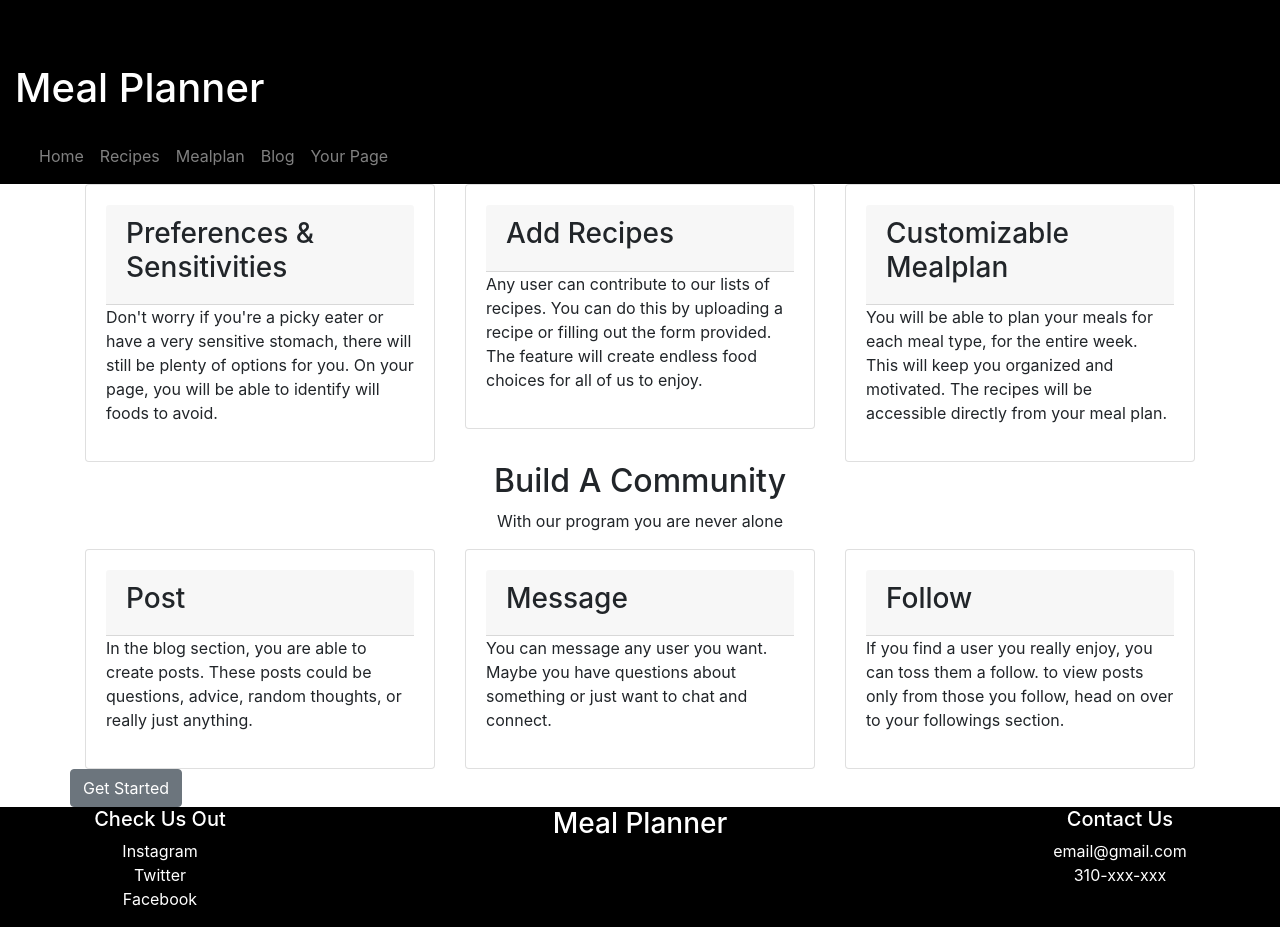
Repository: madisonisfan/mealplanner-react
Page: /
The author's editor kept a copy of each file at every save. The page is drawn from the files as they stood at one save, then again after the next save.
The browser window is 1280 px wide. The pictures show the whole page.
The project was rebuilt for these pictures with package versions that can differ from the ones it lists, and the page was loaded fresh each time.

Above is the page before, as saved 2021-04-21 13:51:28.

### src/App.js
import React, { Component } from "react";
import "./App.css";
import Main from "./components/MainComponent";
import { BrowserRouter } from "react-router-dom";

class App extends Component {
  render() {
    return (
      <BrowserRouter>
        <div className="App">
          <Main />
        </div>
      </BrowserRouter>
    );
  }
}

export default App;

### src/App.css
.jumbotron {
  height: 100px;
  margin: 0px !important;
  background-color: black !important;
  color: white;
}

.navbar {
  background-color: black;
}

.site-footer {
  background-color: black;
  color: white;
}

### src/components/MainComponent.js
import React, { Component } from "react";
import Home from "./HomeComponent";
import MainHeader from "./HeaderComponent";
import Footer from "./FooterComponent";
import { Switch, Route, Redirect } from "react-router-dom";

class Main extends Component {
  constructor(props) {
    super(props);
    this.state = {};
  }

  render() {
    return (
      <React.Fragment>
        <MainHeader />
        <Switch>
          <Route path="/home" component={Home} />
          <Redirect to="/home" />
        </Switch>
        <Footer />
      </React.Fragment>
    );
  }
}
export default Main;

### src/components/HomeComponent.js
import React from "react";
import {
  Card,
  CardHeader,
  CardImg,
  CardText,
  CardBody,
  CardTitle,
  Button,
} from "reactstrap";

function Home(props) {
  return (
    <div className="container">
      <div className="row">
        <div className="col">
          <Card>
            <CardBody>
              <CardHeader>
                <h3>Preferences & Sensitivities</h3>
              </CardHeader>
              <p>
                Don't worry if you're a picky eater or have a very sensitive
                stomach, there will still be plenty of options for you. On your
                page, you will be able to identify will foods to avoid.
              </p>
            </CardBody>
          </Card>
        </div>
        <div className="col">
          <Card>
            <CardBody>
              <CardHeader>
                <h3>Add Recipes</h3>
              </CardHeader>
              <p>
                Any user can contribute to our lists of recipes. You can do this
                by uploading a recipe or filling out the form provided. The
                feature will create endless food choices for all of us to enjoy.
              </p>
            </CardBody>
          </Card>
        </div>
        <div className="col">
          <Card>
            <CardBody>
              <CardHeader>
                <h3>Customizable Mealplan</h3>
              </CardHeader>
              <p>
                You will be able to plan your meals for each meal type, for the
                entire week. This will keep you organized and motivated. The
                recipes will be accessible directly from your meal plan.
              </p>
            </CardBody>
          </Card>
        </div>
      </div>
      {/*row*/}

      <div className="row">
        <div className="col-12 text-center">
          <h2>Build A Community</h2>
          <p>With our program you are never alone</p>
        </div>
      </div>

      <div className="row">
        <div className="col">
          <Card>
            <CardBody>
              <CardHeader>
                <h3>Post</h3>
              </CardHeader>
              <p>
                In the blog section, you are able to create posts. These posts
                could be questions, advice, random thoughts, or really just
                anything.
              </p>
            </CardBody>
          </Card>
        </div>
        <div className="col">
          <Card>
            <CardBody>
              <CardHeader>
                <h3>Message</h3>
              </CardHeader>
              <p>
                You can message any user you want. Maybe you have questions
                about something or just want to chat and connect.
              </p>
            </CardBody>
          </Card>
        </div>
        <div className="col">
          <Card>
            <CardBody>
              <CardHeader>
                <h3>Follow</h3>
              </CardHeader>
              <p>
                If you find a user you really enjoy, you can toss them a follow.
                to view posts only from those you follow, head on over to your
                followings section.
              </p>
            </CardBody>
          </Card>
        </div>
      </div>

      <div className="row">
        <Button>Get Started</Button>
      </div>
    </div>
  );
}

export default Home;

### src/components/HeaderComponent.js
import React, { Component } from "react";
import {
  Jumbotron,
  Navbar,
  NavbarBrand,
  NavItem,
  NavLink,
  NavbarToggler,
  Collapse,
  Nav,
} from "reactstrap";

function MainHeader(props) {
  return (
    <React.Fragment>
      <Jumbotron fluid>
        <div className="container-fluid">
          <div className="row  align-items-center">
            <div className="col">
              <h1>Meal Planner</h1>
            </div>
          </div>
        </div>
      </Jumbotron>
      <MainNav />
    </React.Fragment>
  );
}

class MainNav extends Component {
  constructor(props) {
    super(props);
    this.state = {
      isNavOpen: true,
    };
  }
  toggleNav() {
    this.setState({ isNavOpen: !this.state.isNavOpen });
  }

  render() {
    return (
      <Navbar dark sticky="top" expand="md">
        <div className="container-fluid">
          <NavbarToggler isClick={this.toggleNav}></NavbarToggler>
          <Collapse isOpen={this.state.isNavOpen} navbar>
            <Nav navbar>
              <NavItem>
                <NavLink className="nav-link" to="/home">
                  Home
                </NavLink>
              </NavItem>
              <NavItem>
                <NavLink className="nav-link" to="/recipes">
                  Recipes
                </NavLink>
              </NavItem>
              <NavItem>
                <NavLink className="nav-link" to="/mealplan">
                  Mealplan
                </NavLink>
              </NavItem>
              <NavItem>
                <NavLink className="nav-link" to="/blog">
                  Blog
                </NavLink>
              </NavItem>
              <NavItem>
                <NavLink className="nav-link" to="/yourpage">
                  Your Page
                </NavLink>
              </NavItem>
            </Nav>
          </Collapse>
        </div>
      </Navbar>
    );
  }
}

export default MainHeader;

### src/components/FooterComponent.js
import React from "react";

function Footer(props) {
  return (
    <footer className="site-footer">
      <div className="container-fluid">
        <div className="row">
          <div className="col col-sm-3 text-center">
            <h5>Check Us Out</h5>
            <ul class="list-unstyled">
              <li>Instagram</li>
              <li>Twitter</li>
              <li>Facebook</li>
            </ul>
          </div>

          <div class="col-6 text-center d-none d-sm-block">
            <h3>Meal Planner</h3>
          </div>

          <div class="col col-sm-3 text-center">
            <h5>Contact Us</h5>
            <ul class="list-unstyled">
              <li>
                <a>email@gmail.com</a>
              </li>
              <li>
                <a>310-xxx-xxx</a>
              </li>
            </ul>
          </div>
        </div>
      </div>
      {/*Container */}
    </footer>
  );
}

export default Footer;

Loaded but not shown: public/index.html (common file); src/index.js (common file); src/index.css (common file); src/reportWebVitals.js (common file)

After the next save:
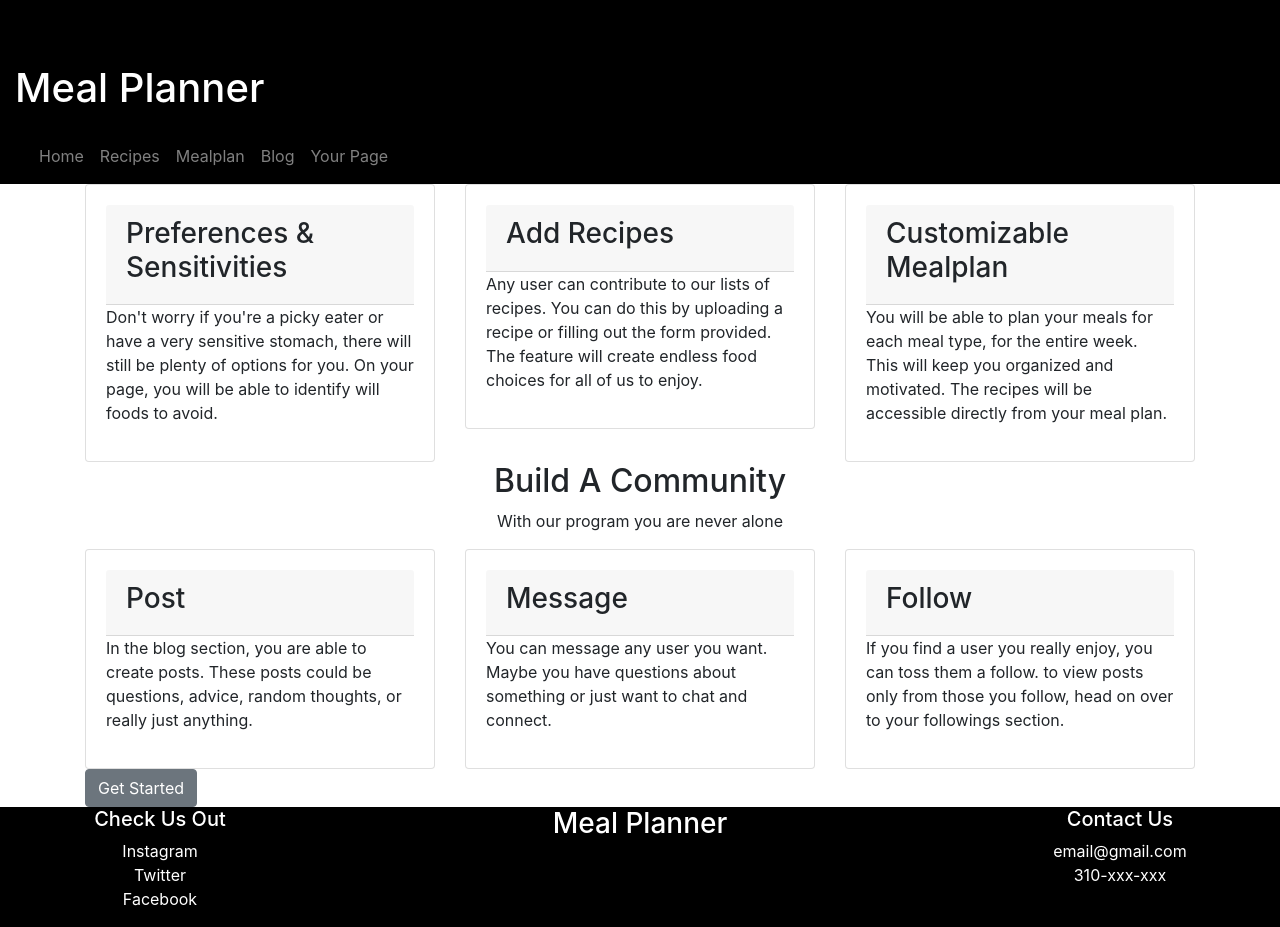
Saved 40 s later.
--- a/src/components/HomeComponent.js
+++ b/src/components/HomeComponent.js
@@ -110,7 +110,9 @@ function Home(props) {
       </div>
 
       <div className="row">
-        <Button>Get Started</Button>
+        <div className="col">
+          <Button>Get Started</Button>
+        </div>
       </div>
     </div>
   );
